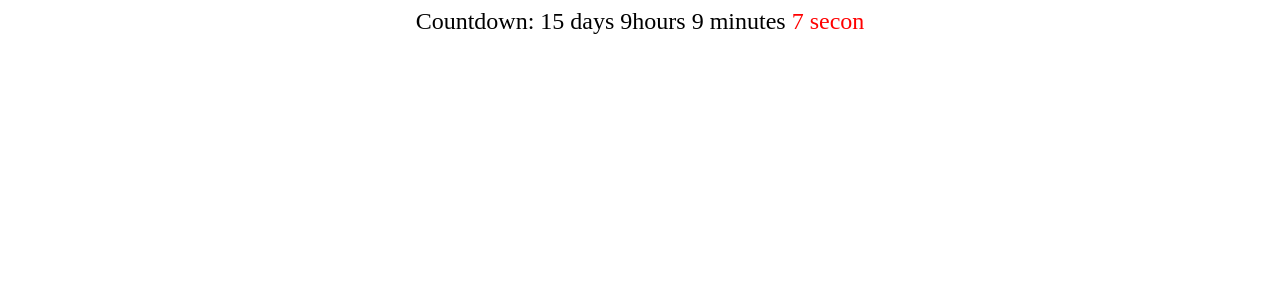
Repository: sinarinzifabrice/Events
Page: index.html
An editor plug-in stored every save of this project. The page is shown before and after the next save, followed by the edit.
The browser window is 1280 px wide. The pictures show the whole page.

Above is the page before, as saved 2024-05-16 09:08:09.

After the next save:
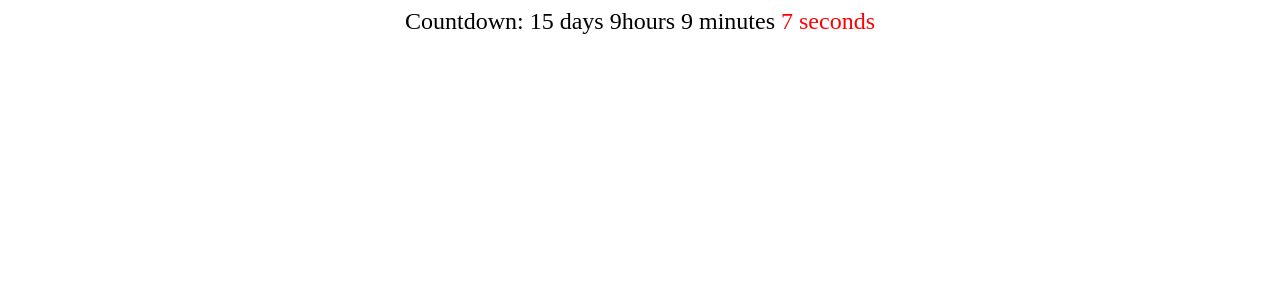
Saved 4 s later.
--- a/index.html
+++ b/index.html
@@ -39,7 +39,7 @@
 
     // Display the countdown
     document.getElementById("countdown").innerHTML = "Countdown: " + days + " days " + hours + "hours "
-    + minutes + " minutes <span class='red'>" + seconds + " secon</span>";
+    + minutes + " minutes <span class='red'>" + seconds + " seconds</span>";
 
     // If the countdown is over, display a message
     if (distance < 0) {
